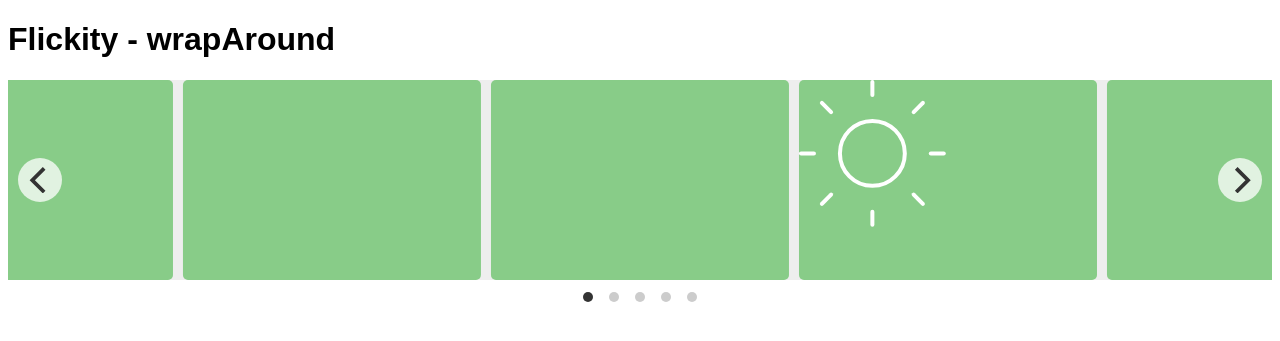
Repository: tongdkhai/Graphic-Art-Mart
Page: test/test.html
An editor plug-in stored every save of this project. The page is shown before and after the next save, followed by the edit.
The browser window is 1280 px wide. The pictures show the whole page.

Above is the page before, as saved 2022-10-26 09:11:05.

### test/test.html
<!DOCTYPE html>
<html lang="en">
  <head>
    <meta charset="UTF-8" />
    <meta http-equiv="X-UA-Compatible" content="IE=edge" />
    <meta name="viewport" content="width=device-width, initial-scale=1.0" />
    <title>Document</title>
    <link
      rel="stylesheet"
      href="https://unpkg.com/flickity@2.3.0/dist/flickity.css"
    />

  </head>
  <body>
<h1>Flickity - wrapAround</h1>

<!-- Flickity HTML init -->
<div class="carousel"
  data-flickity='{ "wrapAround": true }'>
  <div class="carousel-cell">

  </div>
  <div class="carousel-cell"> <svg
                xmlns="http://www.w3.org/2000/svg"
                width="146.788"
                height="146.788"
                viewBox="0 0 146.788 146.788"
                class="Application--item-img"
              >
                <defs>
                  <style>
                    .cls-1 {
                      fill: none;
                      stroke: #fff;
                      stroke-linecap: round;
                      stroke-linejoin: round;
                      stroke-width: 4px;
                    }
                  </style>
                </defs>
                <g id="sun" transform="translate(2 2)">
                  <ellipse
                    id="Ellipse_164"
                    data-name="Ellipse 164"
                    class="cls-1"
                    cx="32.452"
                    cy="32.452"
                    rx="32.452"
                    ry="32.452"
                    transform="translate(38.942 38.943)"
                  />
                  <line
                    id="Line_576"
                    data-name="Line 576"
                    class="cls-1"
                    y2="12.981"
                    transform="translate(71.394 0)"
                  />
                  <line
                    id="Line_577"
                    data-name="Line 577"
                    class="cls-1"
                    y2="12.981"
                    transform="translate(71.394 129.808)"
                  />
                  <line
                    id="Line_578"
                    data-name="Line 578"
                    class="cls-1"
                    x2="9.216"
                    y2="9.216"
                    transform="translate(20.899 20.9)"
                  />
                  <line
                    id="Line_579"
                    data-name="Line 579"
                    class="cls-1"
                    x2="9.216"
                    y2="9.216"
                    transform="translate(112.673 112.674)"
                  />
                  <line
                    id="Line_580"
                    data-name="Line 580"
                    class="cls-1"
                    x2="12.981"
                    transform="translate(0 71.395)"
                  />
                  <line
                    id="Line_581"
                    data-name="Line 581"
                    class="cls-1"
                    x2="12.981"
                    transform="translate(129.807 71.395)"
                  />
                  <line
                    id="Line_582"
                    data-name="Line 582"
                    class="cls-1"
                    y1="9.216"
                    x2="9.216"
                    transform="translate(20.899 112.674)"
                  />
                  <line
                    id="Line_583"
                    data-name="Line 583"
                    class="cls-1"
                    y1="9.216"
                    x2="9.216"
                    transform="translate(112.673 20.9)"
                  />
                </g>
              </svg></div>
  <div class="carousel-cell"></div>
  <div class="carousel-cell"></div>
  <div class="carousel-cell"></div>
</div>
<style>
  /* external css: flickity.css */

* { box-sizing: border-box; }

body { font-family: sans-serif; }

.carousel {
  background: #EEE;
}

.carousel-cell {
  width: calc((100% - 72px)/4);
  height: 200px;
  margin-right: 10px;
  background: #8C8;
  border-radius: 5px;
  counter-increment: carousel-cell;
}

/* cell number */


</style>

    <script type="text/javascript" src="https://unpkg.com/flickity@2.3.0/dist/flickity.pkgd.min.js"></script>
  </body>
</html>

After the next save:
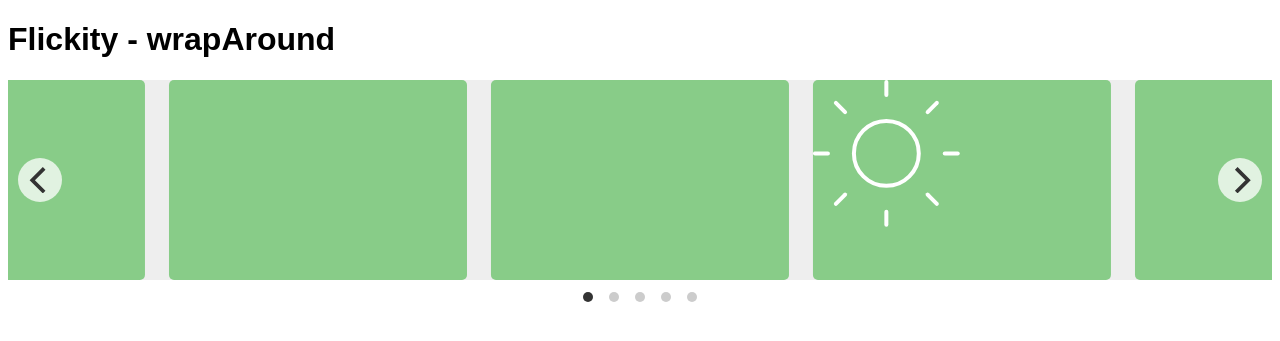
Saved 9 s later.
--- a/test/test.html
+++ b/test/test.html
@@ -129,7 +129,7 @@ body { font-family: sans-serif; }
 .carousel-cell {
   width: calc((100% - 72px)/4);
   height: 200px;
-  margin-right: 10px;
+  margin-right: 24px;
   background: #8C8;
   border-radius: 5px;
   counter-increment: carousel-cell;
